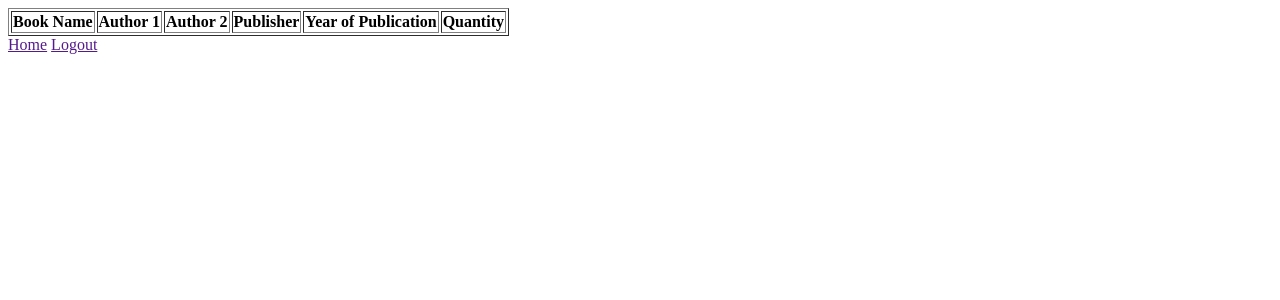
Repository: paragpatidar/LibraryManagementSystem
Page: http://localhost/LibraryManagementSystemSpring/DisplayBook.jsp
The author's editor kept a copy of each file at every save. The page is drawn from the files as they stood at one save, then again after the next save.
The browser window is 1280 px wide. The pictures show the whole page.
The page is served by Tomcat 9. Nobody is signed in. The application's start-up code is not run.

Above is the page before, as saved 2017-11-07 11:50:51.

After the next save:
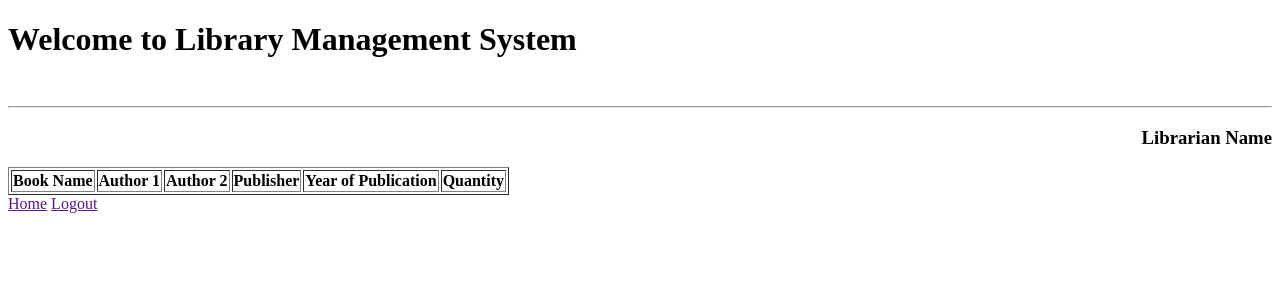
Saved 79 s later.
--- a/LibraryManagementSystemSpring/WebContent/DisplayBook.jsp
+++ b/LibraryManagementSystemSpring/WebContent/DisplayBook.jsp
@@ -8,6 +8,11 @@
 <title>Display Book</title>
 </head>
 <body>
+<h1>Welcome to Library Management System</h1>
+	<br>
+	<hr>
+	<h3 align="right">
+		<%-- ${username } --%>Librarian Name </h3>
 <table border="1">
 <tr><th>Book Name<th>Author 1<th>Author 2<th>Publisher<th>Year of Publication<th>Quantity
 <c:forEach items="" var="book">
